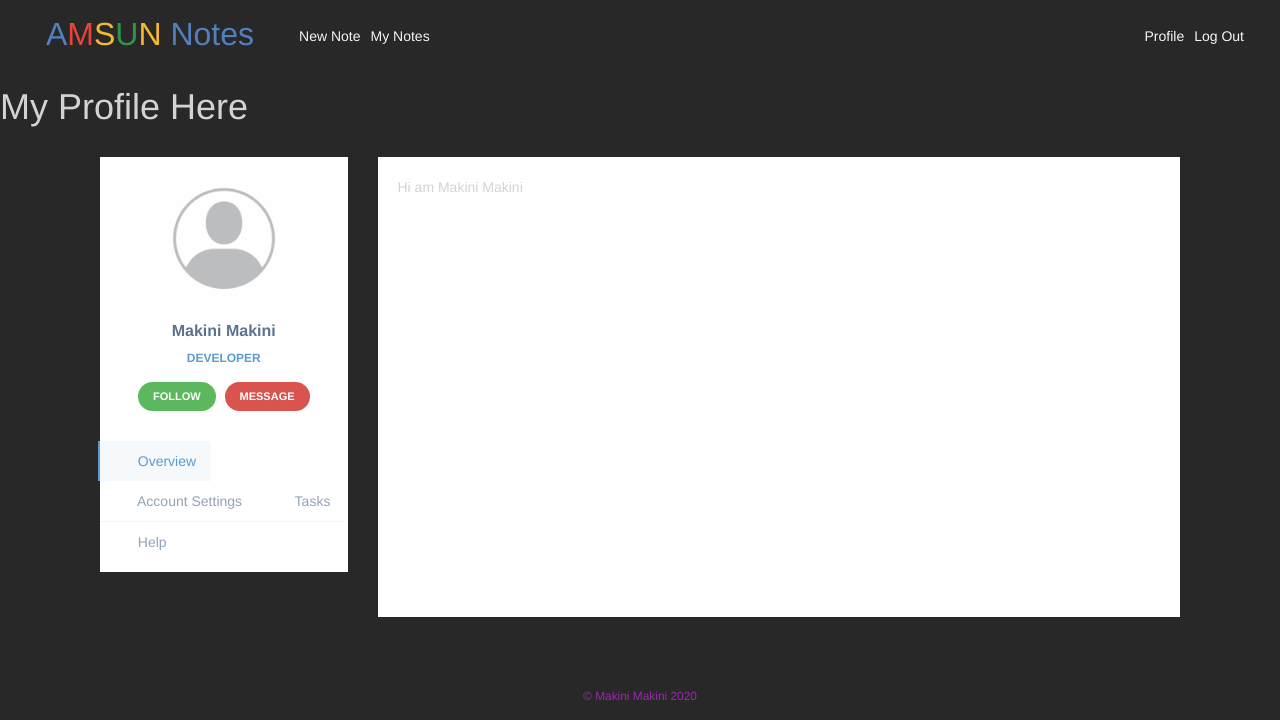
Repository: MakiniMakini/AMSUN-NOTES
Page: http://localhost/profile
These files come from the project's save history. The page is drawn as it stood at one moment and after the next save; the edit follows.
The browser window is 1280 px wide. The pictures show the whole page.
Some web fonts or font styles are not loaded; a fallback is used. The page is served by the project's application, run on Flask 3 (application.py). The session is filled in as if someone had signed in: {"user_id": 1}.

Above is the page before, as saved 2020-12-25 12:18:40.

### templates/profile.html
{% extends "layout.html" %}

{% block title %}
    Profile
{% endblock %}

{% block main %}

<h1 class="text-align-center">
My Profile Here
</h1>
<div class="container">
    <div class="row profile">
		<div class="col-md-3">
			<div class="profile-sidebar">
				<!-- SIDEBAR USERPIC -->
				<div class="profile-userpic">
					<img src="/static/images/avatar.jpg" class="img-responsive" alt="">
				</div>
				<!-- END SIDEBAR USERPIC -->
				<!-- SIDEBAR USER TITLE -->
				<div class="profile-usertitle">
					<div class="profile-usertitle-name">
						Makini Makini
					</div>
					<div class="profile-usertitle-job">
						Developer
					</div>
				</div>
				<!-- END SIDEBAR USER TITLE -->
				<!-- SIDEBAR BUTTONS -->
				<div class="profile-userbuttons">
					<button type="button" class="btn btn-success btn-sm">Follow</button>
					<button type="button" class="btn btn-danger btn-sm">Message</button>
				</div>
				<!-- END SIDEBAR BUTTONS -->
				<!-- SIDEBAR MENU -->
				<div class="profile-usermenu">
					<ul class="nav">
						<li class="active">
							<a href="#">
							<i class="glyphicon glyphicon-home"></i>
							Overview </a>
						</li>
						<li>
							<a href="#">
							<i class="glyphicon glyphicon-user"></i>
							Account Settings </a>
						</li>
						<li>
							<a href="#">
							<i class="glyphicon glyphicon-ok"></i>
							Tasks </a>
						</li>
						<li>
							<a href="#">
							<i class="glyphicon glyphicon-flag"></i>
							Help </a>
						</li>
					</ul>
				</div>
				<!-- END MENU -->
			</div>
		</div>
		<div class="col-md-9">
            <div class="profile-content">
			   Hi am Makini Makini
            </div>
		</div>
	</div>
</div>

{% endblock %}

### templates/layout.html
<!DOCTYPE html>
<html lang="en">
    <head>
        <!-- Required meta tags -->
        <meta charset="utf-8">
        <meta name="viewport" content="width=device-width, initial-scale=1, shrink-to-fit=no">

        <!-- documentation at http://getbootstrap.com/docs/4.1/, alternative themes at https://bootswatch.com/ -->
        <link href="https://maxcdn.bootstrapcdn.com/bootstrap/4.1.3/css/bootstrap.min.css" rel="stylesheet">

        <!-- https://favicon.io/emoji-favicons/money-mouth-face/ -->
        <link href="/static/favicon.ico" rel="icon">

        <link href="/static/styles.css" rel="stylesheet">
        <link rel="stylesheet" href="/static/bootstrap.min.css" />
        <link rel="stylesheet" href="/static/animate.min.css" />
        <link rel="stylesheet" href="/static/ionicons.min.css" />
        <link rel="stylesheet" href="/static/styles2.css" />
        <link rel="stylesheet" href="/static/profile.css" />

        <script src="https://code.jquery.com/jquery-3.3.1.min.js"></script>
        <script src="https://cdnjs.cloudflare.com/ajax/libs/popper.js/1.14.3/umd/popper.min.js"></script>
        <script src="https://maxcdn.bootstrapcdn.com/bootstrap/4.1.3/js/bootstrap.min.js"></script>

        <title>AMSUN Notes: {% block title %}{% endblock %}</title>
    </head>

    <body>

        <nav class="navbar navbar-expand-md navbar-light bg-none pl-5 pr-5 m-0 fixed-top">
            <a class="navbar-brand" href="/"><span class="blue">A</span><span class="red">M</span><span class="yellow">S</span><span class="green">U</span><span class="yellow">N</span> <span class="blue">Notes</span></a>
            <button aria-controls="navbar" aria-expanded="false" aria-label="Toggle navigation" class="navbar-toggler" data-target="#navbar" data-toggle="collapse" type="button">
                <span class="navbar-toggler-icon"></span>
            </button>
            <div class="collapse navbar-collapse" id="navbar" >
                {% if session.user_id %}
                    <ul class="navbar-nav mr-auto mt-2">
                        <li class="nav-item"><a class="nav-link" href="/home">New Note</a></li>
                        <li class="nav-item"><a class="nav-link" href="/my_notes">My Notes</a></li>
                    </ul>
                    <ul class="navbar-nav ml-auto mt-2 navbar-right">
                        <li class="nav-item"><a class="nav-link" href="/profile">Profile</a></li>
                        <li class="nav-item"><a class="nav-link" href="/logout">Log Out</a></li>
                    </ul>
                {% else %}
                    <ul class="navbar-nav ml-auto mt-2 navbar-right">
                        <li class="nav-item"><a class="nav-link" href="/register">Register</a></li>
                        <li class="nav-item"><a class="nav-link" href="/login">Log In</a></li>
                    </ul>
                {% endif %}
            </div>
        </nav>

        {% if get_flashed_messages() %}
            <header>
                <div class="alert alert-primary border text-center" role="alert">
                    {{ get_flashed_messages() | join(" ") }}
                </div>
            </header>
        {% endif %}

        <main class="container p-0">

        </main>
        {% block main %}{% endblock %}

        <footer class="small text-center text-muted fixed-bottom bg-none">
             <a href="https://makini-makini.herokuapp.com">© Makini Makini 2020</a>
        </footer>

    </body>
</html>

### application.py
import os

import sqlite3
from flask import Flask, flash, jsonify, redirect, render_template, request, session
from flask_session import Session
from tempfile import mkdtemp
from werkzeug.exceptions import default_exceptions, HTTPException, InternalServerError
from werkzeug.security import check_password_hash, generate_password_hash

from helpers import apology, login_required


# Configure application
app = Flask(__name__)

# Ensure templates are auto-reloaded
app.config["TEMPLATES_AUTO_RELOAD"] = True

# Ensure responses aren't cached
@app.after_request
def after_request(response):
    response.headers["Cache-Control"] = "no-cache, no-store, must-revalidate"
    response.headers["Expires"] = 0
    response.headers["Pragma"] = "no-cache"
    return response


# Configure session to use filesystem (instead of signed cookies)
app.config["SESSION_FILE_DIR"] = mkdtemp()
app.config["SESSION_PERMANENT"] = False
app.config["SESSION_TYPE"] = "filesystem"
Session(app)

# connecting to the database
connection = sqlite3.connect("amsun_notes.db", check_same_thread=False)

# cursor
db = connection.cursor()

# >>>>>>>>>>>>>>>>>>>>>>>>>>>>>>>ROUTES<<<<<<<<<<<<<<<<<<

# ///////////////INDEX\\\\\\\\\\\\\\\\\\
@app.route("/")
def home_page():
    return render_template("home.html")

# ////////////////WRITE NOTES\\\\\\\\\\\\\
@app.route("/home")
@login_required
def index():
    return render_template("index.html")

# //////PROFILE\\\\\\\\
@app.route("/profile")
@login_required
def profile():
    return render_template("profile.html")

# /////////////MY NOTES\\\\\\\\\\
@app.route("/my_notes")
@login_required
def my_notes():

    # logged user
    user_id = session['user_id']

    db.execute("SELECT note_id, title, notes FROM notes WHERE user_id=:user_id", {'user_id':user_id})
    notes = db.fetchall()

    # Ensure user has notes
    if not notes:
        return render_template("index.html", message = "You Do Not Have Any Stock")

    return render_template("my_notes.html", notes=notes)

# ///////////////ALLOW USER TO EDIT THEIR NOTES\\\\\\\\\\\\\\\\\\\
@app.route("/<note_id>/edit", methods=["GET", "POST"])
@login_required
def edit(note_id):

     # logged user
    user_id = session['user_id']

    if request.method == "GET":
        # query database for notes
        db.execute("SELECT note_id, title, notes FROM notes WHERE user_id=:user_id AND note_id=:note_id", {'user_id':user_id, 'note_id':note_id})
        notes = db.fetchall()
        # populate text-area with existing notes
        return render_template("edit.html", notes=notes)

    if request.method == "POST":
        # get title
        title = request.form.get("title")
        #get notes
        notes = request.form.get("notes")

        # ensure the fields are not blank
        if not request.form.get("notes"):
            return apology('must write something', 403)
        else:
            # update notes
            db.execute("UPDATE notes SET title =:title, notes =:notes WHERE note_id=:note_id", {'user_id':user_id, 'note_id':note_id, 'title':title, 'notes':notes})
            # save to data base
            connection.commit()
            # redirect user to their notes
            return redirect("/my_notes")


@app.route("/<note_id>/delete")
@login_required
def delete(note_id):

    print(note_id)

    db.execute("DELETE FROM notes WHERE note_id=:note_id", {'note_id':note_id})
    connection.commit()

    return redirect("/my_notes")

# >>>>>>>>>>>>>REGISTER USER<<<<<<<<<<<<<<<<<<<<<<<<<<<<<<<<<<<
@app.route("/register", methods=["GET", "POST"])
def register():
    """Register user"""

    # if 'GET' render Reg. form
    if request.method == "GET":
        return render_template("register.html")

    if request.method == "POST":

        username = request.form.get("username")
        # Ensure username is submitted
        if not request.form.get("username"):
             return apology("must provide username", 403)

        # Ensure password was submitted
        elif not request.form.get("password") and not request.form.get("confirmation"):
            return apology("must provide password and confirmation", 403)
        else:
            # query db
            db.execute("SELECT * FROM users WHERE username = :username",
                            {'username' : username})
            rows = db.fetchall()

            # check if user exists
            if len(rows) == 1:
                return apology("username already exists", 403)
            else:
                username = request.form.get("username")

            # password
            if request.form.get("password") == request.form.get("confirmation"):
                # hash password
                pwhash = generate_password_hash(request.form.get("password"), method='plain')
            else:
                return apology("passwords do not match", 403)

            # update db
            db.execute("INSERT INTO users (username, hash) VALUES (:username, :pwhash)", {'username':username, 'pwhash':pwhash})

            # To save the changes in the files. Never skip this.
            # If we skip this, nothing will be saved in the database.
            connection.commit()

            # # close the connection
            # connection.close()
            return redirect("/")


# >>>>>>>>>>>>>>>>>>>>>>LOGIN<<<<<<<<<<<<<<<<<<<<<<


@app.route("/login", methods=["GET", "POST"])
def login():
    """Log user in"""

    # Forget any user_id
    session.clear()

    # User reached route via POST (as by submitting a form via POST)
    if request.method == "POST":

        # Ensure username was submitted
        if not request.form.get("username"):
            return apology("must provide username", 403)

        # Ensure password was submitted
        elif not request.form.get("password"):
            return apology("must provide password", 403)

        # Query database for username
        db.execute("SELECT * FROM users WHERE username = :username",
                          {'username':request.form.get("username")})

        rows = db.fetchall()

        print(rows)
        # Ensure username exists and password is correct
        if len(rows) != 1 or not check_password_hash(rows[0][2], request.form.get("password")):
            return apology("invalid username and/or password", 403)

    # Remember which user has logged in
        session["user_id"] = rows[0][0]

        # Redirect user to home page
        return redirect("/")

    # User reached route via GET (as by clicking a link or via redirect)
    else:
        return render_template("login.html")

#>>>>>>>>>>>>>>>>>>>>>>>>>>>LOGOUT<<<<<<<<<<<<<<<<<<<<<<<<

@app.route("/logout")
def logout():
    """Log user out"""

    # Forget any user_id
    session.clear()

    # Redirect user to login form
    return redirect("/")


# >>>>>>>>>>>>>>>>>>>SAVE NOTES <<<<<<<<<<<<<<<<<<<<<<<<<
@app.route("/notes", methods=["GET", "POST"])
@login_required
def save():
    #save notes to database

    # logged user
    user_id = session['user_id']

    if request.method == "POST":

        # get the title
        title = request.form.get("title")

        #get notes
        notes = request.form.get("notes")

        # ensure the fields are not blank
        if not request.form.get("notes"):
            return apology('must write something', 403)
        else:
            db.execute("INSERT INTO notes (user_id, title, notes) VALUES (:user_id, :title, :notes)", {'user_id':user_id, 'title':title, 'notes':notes})

            # save to data base
            connection.commit()
            return render_template("index.html")

### helpers.py
import os
import requests
import urllib.parse

from flask import redirect, render_template, request, session
from functools import wraps

def apology(message, code=400):
    """Render message as an apology to user."""
    def escape(s):
        """
        Escape special characters.

        https://github.com/jacebrowning/memegen#special-characters
        """
        for old, new in [("-", "--"), (" ", "-"), ("_", "__"), ("?", "~q"),
                         ("%", "~p"), ("#", "~h"), ("/", "~s"), ("\"", "''")]:
            s = s.replace(old, new)
        return s
    return render_template("apology.html", top=code, bottom=escape(message)), code


def login_required(f):
    """
    Decorate routes to require login.

    http://flask.pocoo.org/docs/1.0/patterns/viewdecorators/
    """
    @wraps(f)
    def decorated_function(*args, **kwargs):
        if session.get("user_id") is None:
            return redirect("/login")
        return f(*args, **kwargs)
    return decorated_function

### static/styles.css
nav .navbar-brand {
	/* size for brand */
	font-size: xx-large;
}

/* colors for brand */
nav .navbar-brand .blue {
	color: #537fbe;
}
nav .navbar-brand .red {
	color: #ea433b;
}
nav .navbar-brand .yellow {
	color: #f5b82e;
}
nav .navbar-brand .green {
	color: #2e944b;
}

.navbar .nav-link {
	color: whitesmoke !important;
}

main .form-control {
	/* center form controls */
	display: inline-block;

	/* override Bootstrap's 100% width for form controls */
	width: auto;
}

main {
	/* scroll horizontally as needed */
	overflow-x: auto;

	/* center contents */
	text-align: center;
}

main img {
	/* constrain images on small screens */
	max-width: 100%;
}

/* Style the image inside the centered container, if needed */
.centered img {
	width: 150px;
	border-radius: 50%;
}

textarea {
	font-family: monospace;
}

.section_name {
	text-align: center;
	padding: 0;
}

.form-form {
	text-align: center;
	padding-top: 10vh;
}
.btn:focus {
	outline: none !important;
}

.form-control-email {
	text-align: left;
	display: block;
	width: 50%;
	height: 35px;
	padding: 6px 12px;
	font-size: 14px;
	line-height: 1.5;
	color: #eee;
	background-color: #36333d;
	background-image: none;
	border: 1px solid #36333d;
	border-radius: 4px;
	box-shadow: inset 0 1px 1px rgba(0, 0, 0, 0.075);
	transition: border-color ease-in-out .15s, box-shadow ease-in-out .15s;
}
.form-control-email:focus {
	outline: none;
}

.iframe-container {
	position: relative;
	overflow: hidden;
	width: 100%;
	padding-top: 56.25%; /* 16:9 Aspect Ratio (divide 9 by 16 = 0.5625) */
}

.responsive-iframe {
	position: absolute;
	top: 0;
	left: 0;
	bottom: 0;
	right: 0;
	width: 100%;
	height: 100%;
}

### static/profile.css
/* Profile container */
.profile {
	margin: 20px 0;
}

/* Profile sidebar */
.profile-sidebar {
	padding: 20px 0 10px 0;
	background: #fff;
}

.profile-userpic img {
	float: none;
	margin: 0 auto;
	width: 50%;
	height: 50%;
	-webkit-border-radius: 50% !important;
	-moz-border-radius: 50% !important;
	border-radius: 50% !important;
}

.profile-usertitle {
	text-align: center;
	margin-top: 20px;
}

.profile-usertitle-name {
	color: #5a7391;
	font-size: 16px;
	font-weight: 600;
	margin-bottom: 7px;
}

.profile-usertitle-job {
	text-transform: uppercase;
	color: #5b9bd1;
	font-size: 12px;
	font-weight: 600;
	margin-bottom: 15px;
}

.profile-userbuttons {
	text-align: center;
	margin-top: 10px;
}

.profile-userbuttons .btn {
	text-transform: uppercase;
	font-size: 11px;
	font-weight: 600;
	padding: 6px 15px;
	margin-right: 5px;
}

.profile-userbuttons .btn:last-child {
	margin-right: 0px;
}

.profile-usermenu {
	margin-top: 30px;
}

.profile-usermenu ul li {
	border-bottom: 1px solid #f0f4f7;
}

.profile-usermenu ul li:last-child {
	border-bottom: none;
}

.profile-usermenu ul li a {
	color: #93a3b5;
	font-size: 14px;
	font-weight: 400;
}

.profile-usermenu ul li a i {
	margin-right: 8px;
	font-size: 14px;
}

.profile-usermenu ul li a:hover {
	background-color: #fafcfd;
	color: #5b9bd1;
}

.profile-usermenu ul li.active {
	border-bottom: none;
}

.profile-usermenu ul li.active a {
	color: #5b9bd1;
	background-color: #f6f9fb;
	border-left: 2px solid #5b9bd1;
	margin-left: -2px;
}

/* Profile Content */
.profile-content {
	padding: 20px;
	background: #fff;
	min-height: 460px;
}

Loaded but not shown: static/bootstrap.min.css (library); static/animate.min.css (library); static/ionicons.min.css (library); static/styles2.css (530 lines, source omitted)

After the next save:
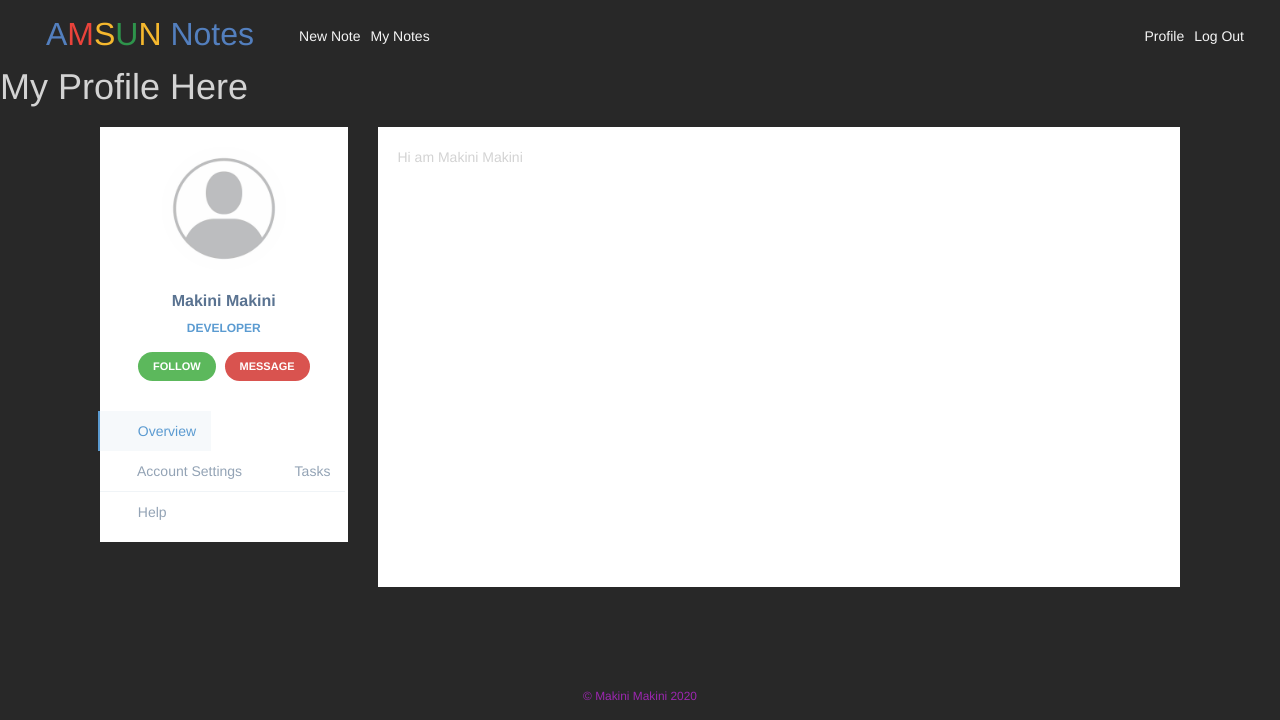
Saved 20 s later.
--- a/templates/profile.html
+++ b/templates/profile.html
@@ -6,7 +6,7 @@
 
 {% block main %}
 
-<h1 class="text-align-center">
+<h1 style="margin: auto;">
 My Profile Here
 </h1>
 <div class="container">
